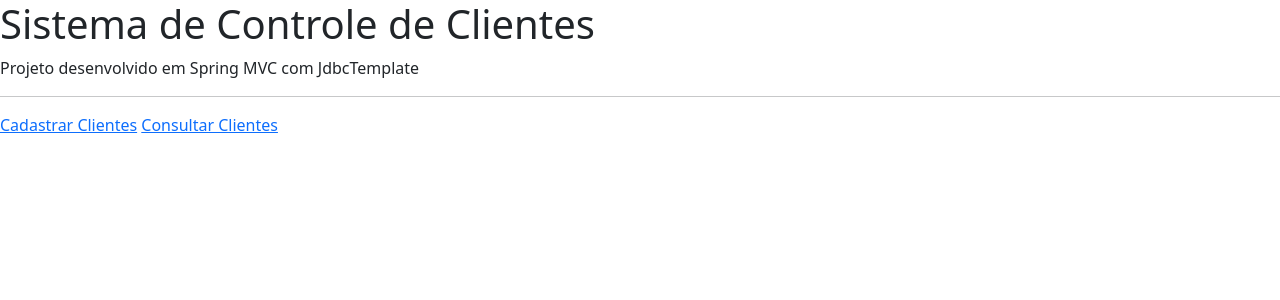
Repository: uanderns/springMvc01
Page: http://localhost/springMvc01/WEB-INF/views/home.jsp
These files come from the project's save history. The page is drawn as it stood at one moment and after the next save; the edit follows.
The browser window is 1280 px wide. The pictures show the whole page.
The page is served by Tomcat 9. Nobody is signed in. The template is opened directly, without the code that normally fills it, so the values that code supplies are empty.

Above is the page before, as saved 2021-01-31 12:05:10.

After the next save:
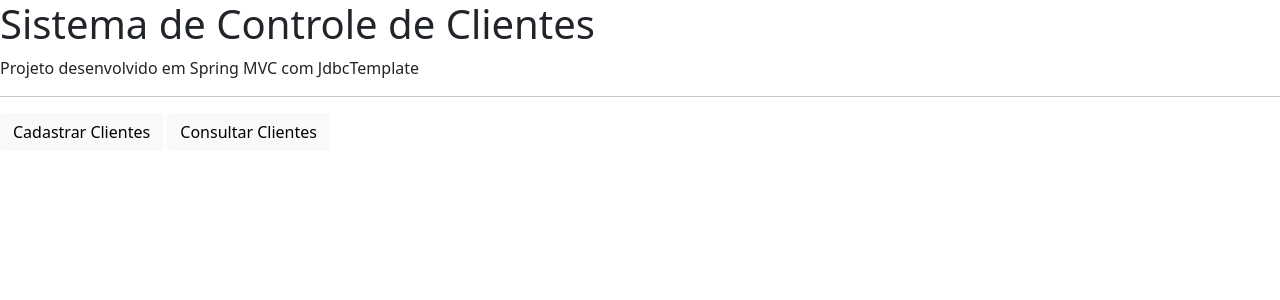
Saved 36 s later.
--- a/springMvc01/src/main/webapp/WEB-INF/views/home.jsp
+++ b/springMvc01/src/main/webapp/WEB-INF/views/home.jsp
@@ -18,9 +18,8 @@
         <p>Projeto desenvolvido em Spring MVC com JdbcTemplate</p>
         <hr/>
 
-        <a href="/springMvc01/formularioCliente">Cadastrar Clientes</a>
-
-        <a href="/springMvc01/listagemClientes">Consultar Clientes</a>
+      <a href="/springMvc01/formularioCliente" class="btn btn-light">Cadastrar Clientes</a>
+	  <a href="/springMvc01/listagemClientes" class="btn btn-light">Consultar Clientes</a>
 
     	</div>
 
